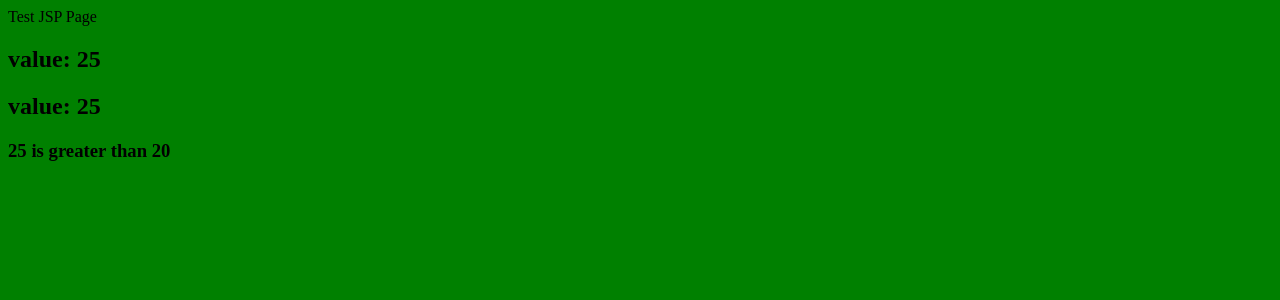
Repository: MayukhBR13/antwalk_classes
Page: http://localhost/DemoDynamic2Project/first.jsp
An editor plug-in stored every save of this project. The page is shown before and after the next save, followed by the edit.
The browser window is 1280 px wide. The pictures show the whole page.
The page is served by Tomcat 9.

Above is the page before, as saved 2023-02-08 10:30:32.

After the next save:
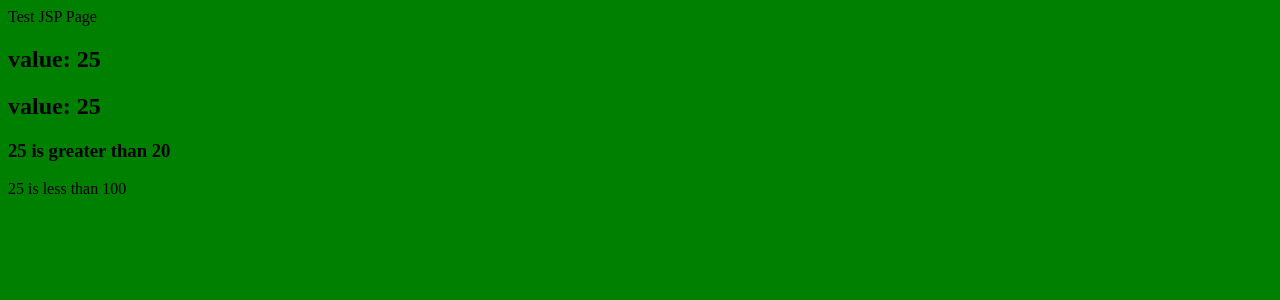
Saved 3 min 16 s later.
--- a/DemoDynamic2Project/src/main/webapp/first.jsp
+++ b/DemoDynamic2Project/src/main/webapp/first.jsp
@@ -28,6 +28,19 @@ Test JSP Page
 <h3><c:out value="${i}"></c:out> is greater than 20</h3>
 </c:if>
 
+<c:choose>
+<c:when test="${i<100}">
+	<c:out value="${i}"></c:out> is less than 100
+</c:when>
+<c:when test="${i>100}">
+	<c:out value="${i}"></c:out> is greater than 100
+</c:when>
+<c:otherwise>
+	Default case
+</c:otherwise>
+</c:choose>
+
+
 
 <c:remove var="i"></c:remove>
 </body>
